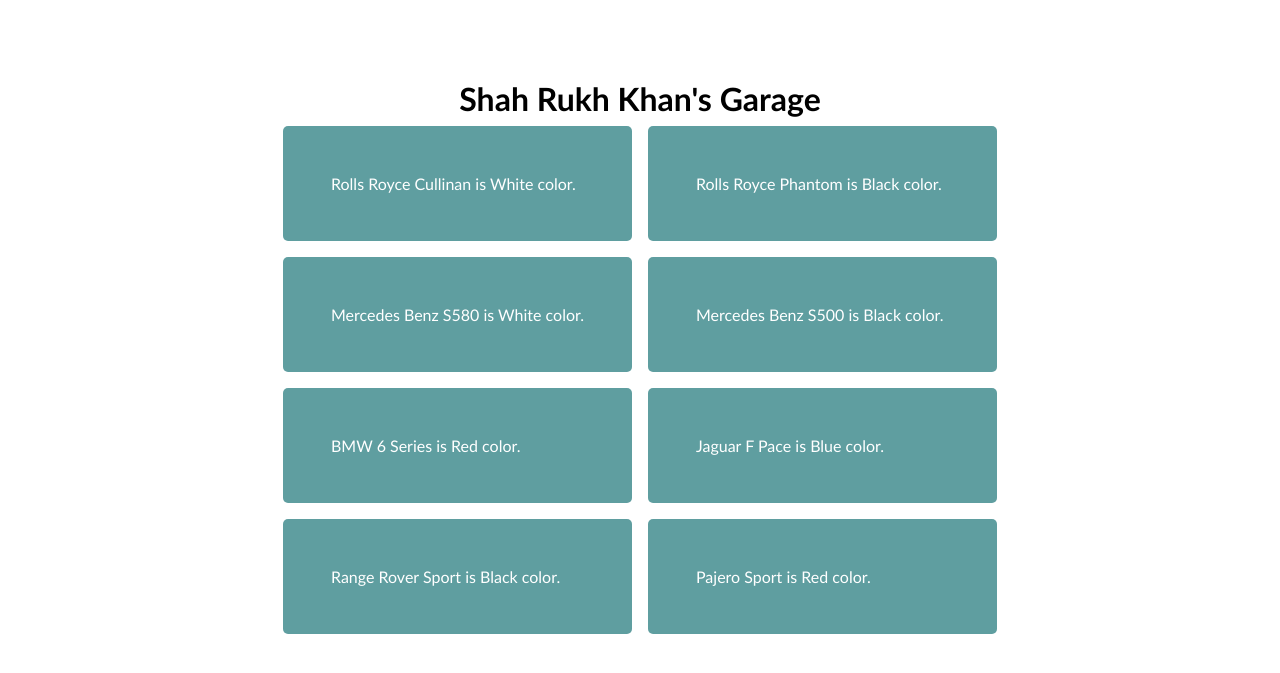
Repository: PrashantPanjwani/JSProjects
Page: P-Project2/index.html
These files come from the project's save history. The page is drawn as it stood at one moment and after the next save; the edit follows.
The browser window is 1280 px wide. The pictures show the whole page.

Above is the page before, as saved 2024-06-03 20:30:32.

After the next save:
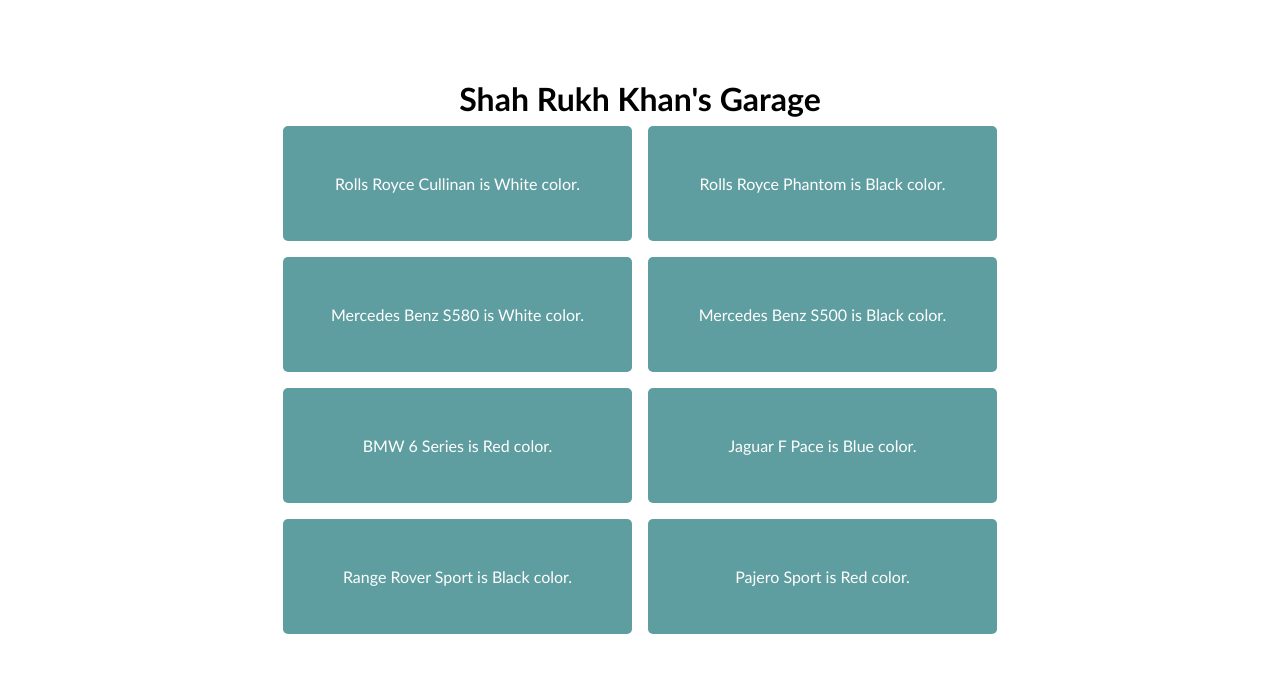
Saved 30 s later.
--- a/P-Project2/style.css
+++ b/P-Project2/style.css
@@ -22,4 +22,6 @@
     margin: 0.5rem;
     border-radius: 5px;
     color: white;
+    font-size: 1.3 rem;
+    text-align: center;
 }
